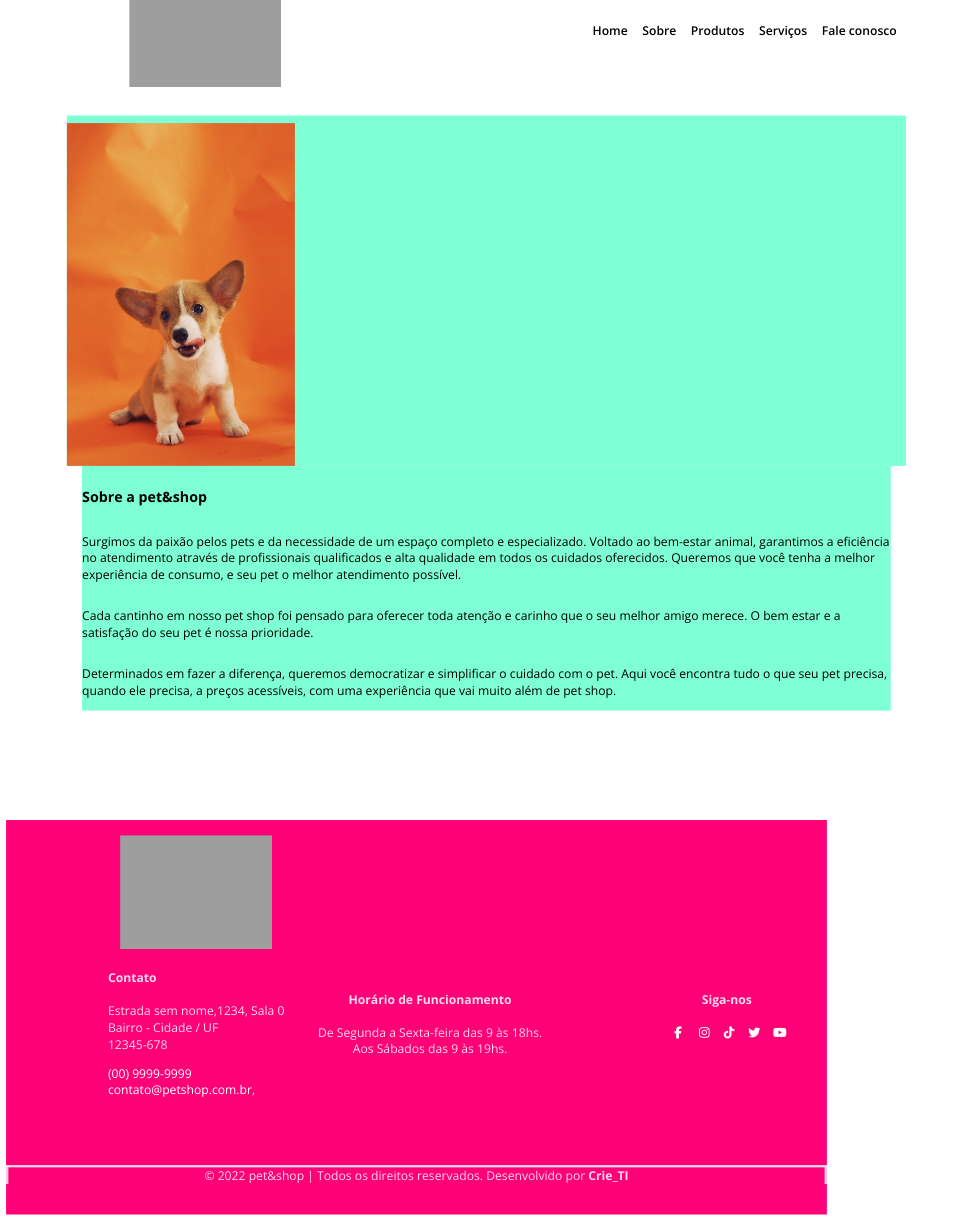
Repository: Iluiscarlos/Projeto-Site-PetShop
Page: About.html
These files come from the project's save history. The page is drawn as it stood at one moment and after the next save; the edit follows.
The browser window is 1280 px wide. The pictures show the whole page, at 76% of full size.
Pictures or frames that could not be fetched are drawn as grey boxes. Some web libraries are served in a nearby version.

Above is the page before, as saved 2022-04-24 19:44:02.

After the next save:
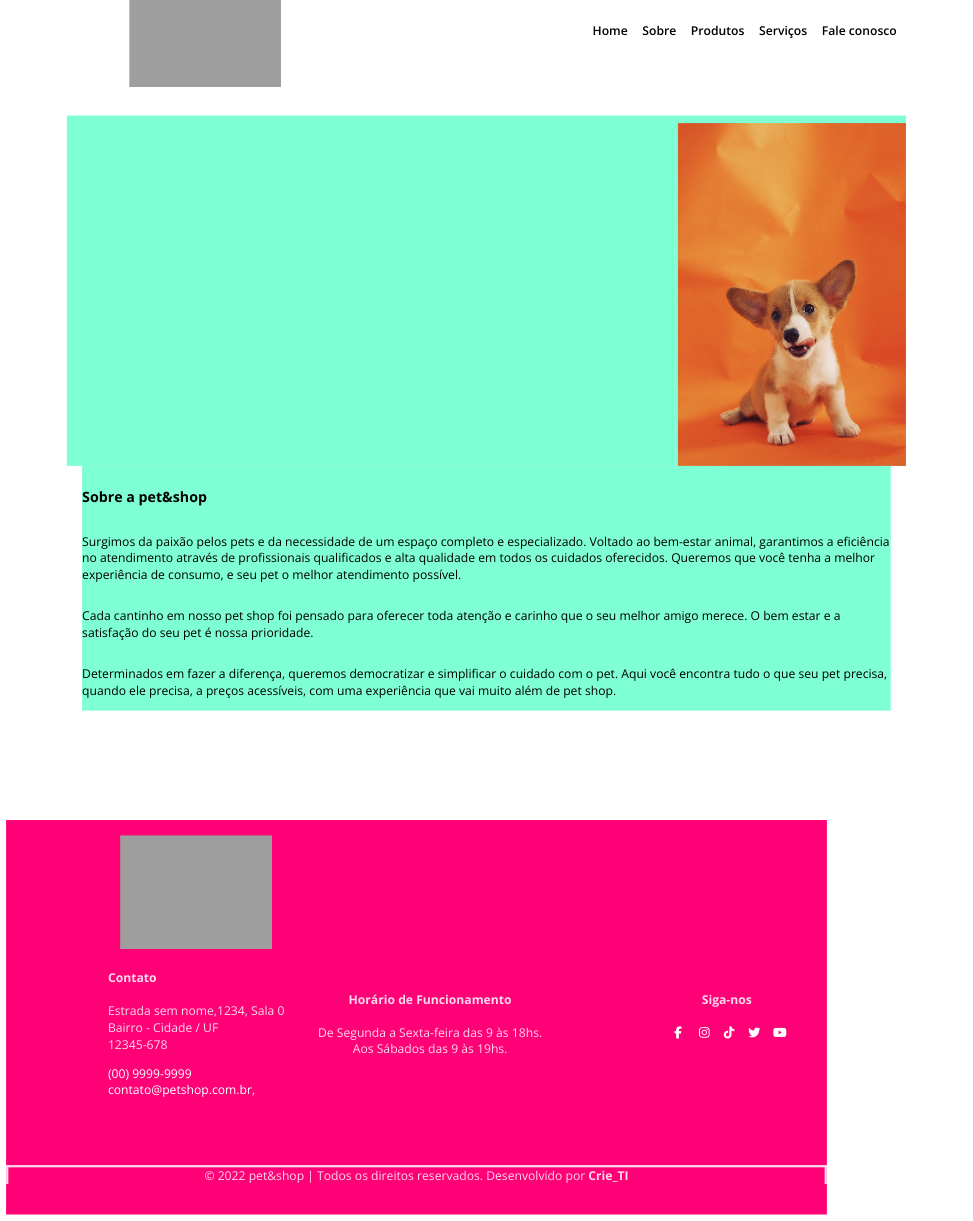
Saved 21 s later.
--- a/About.html
+++ b/About.html
@@ -65,6 +65,7 @@
       width: 100%;
       display: flex;
       flex-direction:column;
+      flex-wrap: wrap-reverse;
       box-sizing: border-box;
       background-color: aquamarine;
       padding-top: 10px;

After the save that followed:
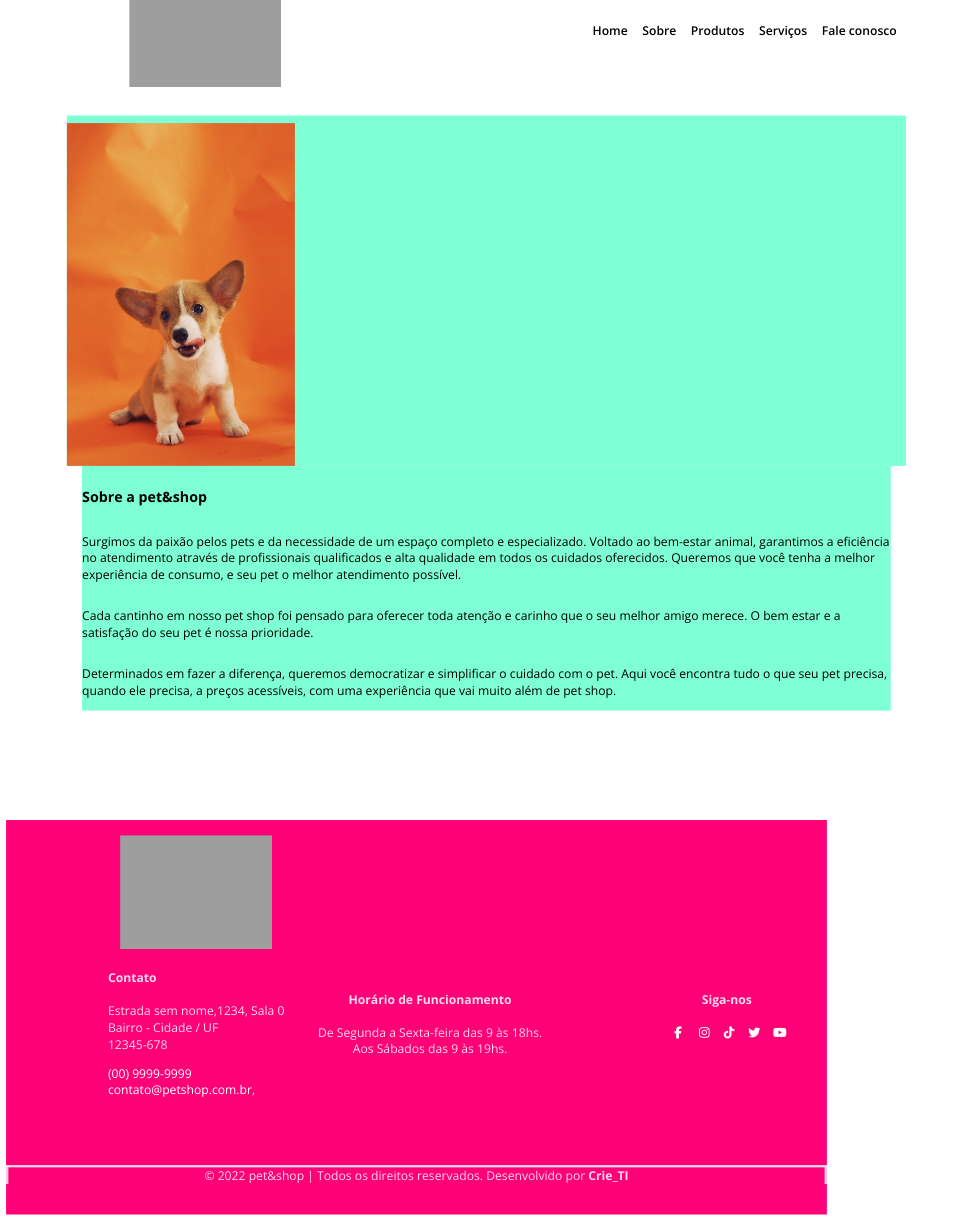
Saved 12 s later.
--- a/About.html
+++ b/About.html
@@ -65,7 +65,7 @@
       width: 100%;
       display: flex;
       flex-direction:column;
-      flex-wrap: wrap-reverse;
+      flex-grow: initial;
       box-sizing: border-box;
       background-color: aquamarine;
       padding-top: 10px;
